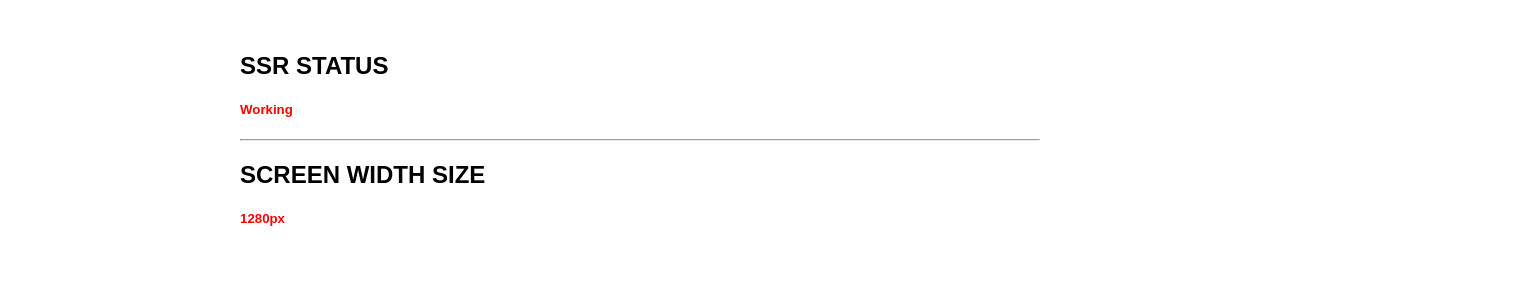
Repository: adrihle/screen-detector-nextpwa
Page: /
The author's editor kept a copy of each file at every save. The page is drawn from the files as they stood at one save, then again after the next save.
The browser window is 1280 px wide. The page is 1280 px wide, then 1520 px, so the pictures cover 1520 px, including what lies to the right of the window. The pictures show the whole page.
The project was rebuilt for these pictures with package versions that can differ from the ones it lists, and the page was loaded fresh each time. The framework's server and built-in components were replaced by stand-ins that run in the browser. Imported but missing from the stored project, and not drawn on this page: pages/_document.

Above is the page before, as saved 2020-12-28 12:54:38.

After the next save:
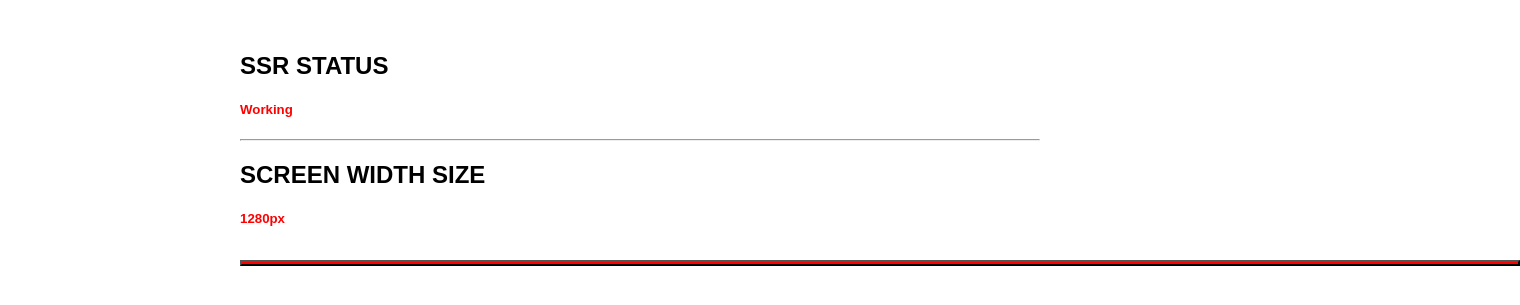
Saved 44 s later.
--- a/pages/index.js
+++ b/pages/index.js
@@ -24,6 +24,7 @@ const Index = ({ server }) => {
       <hr />
       <h2>SCREEN WIDTH SIZE</h2>
       <h5 style={{color:'red'}}>{width}</h5>
+      <button style={{background:'red', width}}></button>
     </>
   )
 }
